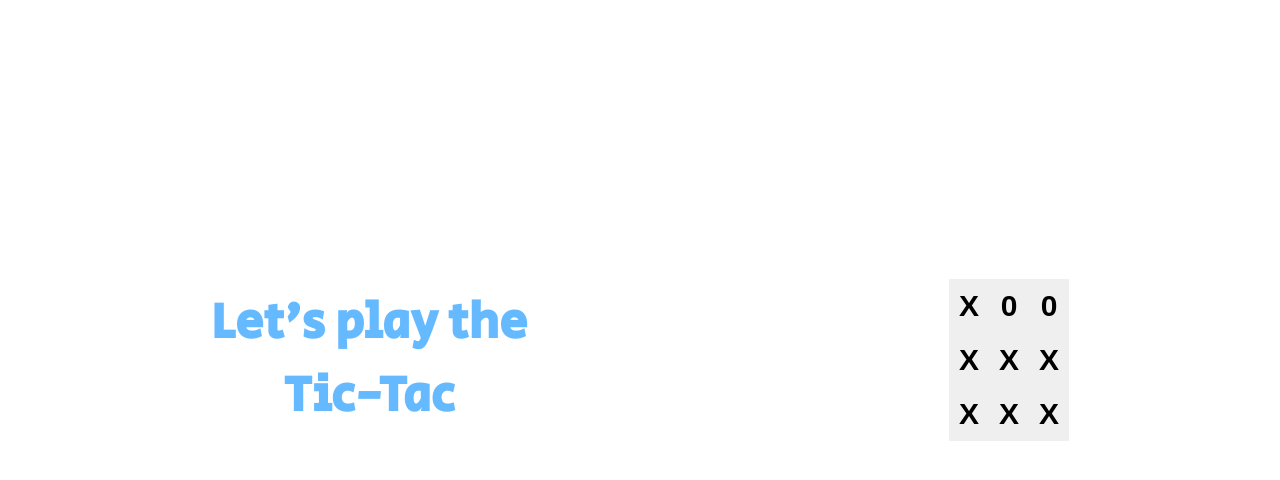
Repository: evergreenx/tic-tac
Page: /
An editor plug-in stored every save of this project. The page is shown before and after a run of saves, followed by the edit.
The browser window is 1280 px wide. The pictures show the whole page.
The project was rebuilt for these pictures with package versions that can differ from the ones it lists, and the page was loaded fresh each time.

Above is the page before, as saved 2022-04-20 16:53:10.

After the next 5 saves:
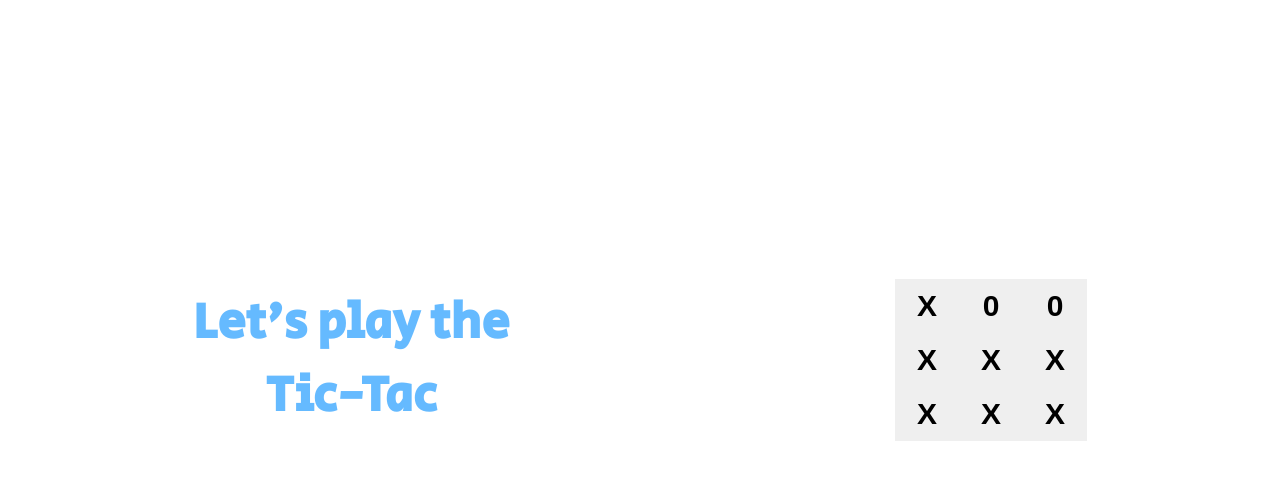
The 5 saves are shown as one change because they came seconds apart.
The last was saved 2 h 55 min later.
--- a/src/components/Board/Board.scss
+++ b/src/components/Board/Board.scss
@@ -1,6 +1,6 @@
 .board {
   display: grid;
-  grid-template-columns: 1fr 1fr 1fr;
+  grid-template-columns: repeat(3 , 4rem);
 
   button {
     font-size: 30px;
